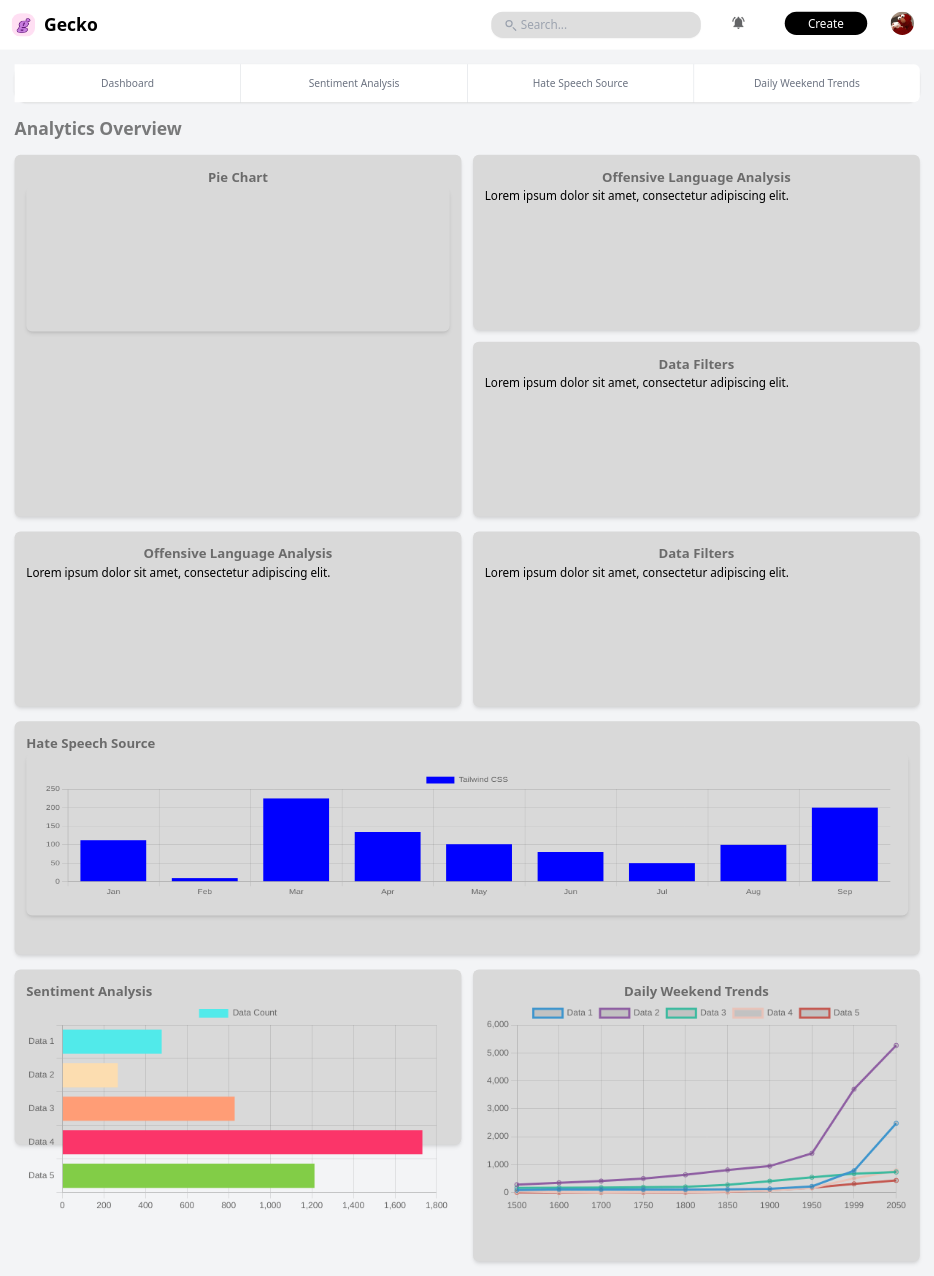
Repository: theamgri/thesis-website-nextjs
Page: website.html
An editor plug-in stored every save of this project. The page is shown before and after the next save, followed by the edit.
The browser window is 1280 px wide. The pictures show the whole page, at 73% of full size.

Above is the page before, as saved 2023-10-04 08:32:32.

### website.html
<!DOCTYPE html>
<html lang="en">
<head>
    <meta charset="UTF-8">
    <meta name="viewport" content="width=device-width, initial-scale=1.0">
    <title>Gecko</title>
    <link rel="icon" type="image/x-icon" href="/images/icon.png">
    <link href="https://cdn.jsdelivr.net/npm/tailwindcss@2.2.19/dist/tailwind.min.css" rel="stylesheet">


</head>
<body class="bg-gray-100">

<nav class="bg-white drop-shadow-2xl border-gray-200 dark:bg-gray-900">
    <div class="flex flex-wrap items-center justify-between mx-auto p-4">
      <a href="." class="flex items-center">
          <img src="images/icon.png" class="h-8 mr-3 rounded-xl" alt="Logo" />
          <span class="self-center text-2xl font-semibold whitespace-nowrap dark:text-white">Gecko</span>
      </a>
      <button data-collapse-toggle="navbar-default" type="button" class="inline-flex items-center p-2 w-10 h-10 justify-center text-sm text-gray-500 rounded-lg md:hidden hover:bg-gray-100 focus:outline-none focus:ring-2 focus:ring-gray-200 dark:text-gray-400 dark:hover:bg-gray-700 dark:focus:ring-gray-600" aria-controls="navbar-default" aria-expanded="false">
          <span class="sr-only">Open main menu</span>
          <svg class="w-5 h-5" aria-hidden="true" xmlns="http://www.w3.org/2000/svg" fill="none" viewBox="0 0 17 14">
              <path stroke="currentColor" stroke-linecap="round" stroke-linejoin="round" stroke-width="2" d="M1 1h15M1 7h15M1 13h15"/>
          </svg>
      </button>
      <div class="hidden w-full md:block md:w-auto drop-shadow-2xl" id="navbar-default">
        <ul class="font-medium flex flex-col p-4 md:p-0 mt-4 border border-gray-100 rounded-lg bg-gray-50 md:flex-row md:space-x-8 md:mt-0 md:border-0 md:bg-white dark:bg-gray-800 md:dark:bg-gray-900 dark:border-gray-700">
            <li>
                <div class="relative">
                    <input
                        type="text"
                        placeholder="Search..."
                        class="block w-full py-2 pl-10 pr-4 leading-5 rounded-2xl shadow-sm focus:ring focus:ring-blue-200 border-gray-300" style="background-color: #DEDEDE;"
                    />
                    <div class="absolute inset-y-0 left-0 pl-4 flex items-center pointer-events-none">
                        <svg
                            class="w-5 h-5 text-gray-400"
                            fill="none"
                            stroke="currentColor"
                            viewBox="0 0 24 24"
                            xmlns="http://www.w3.org/2000/svg"
                        >
                            <path
                                stroke-linecap="round"
                                stroke-linejoin="round"
                                stroke-width="2"
                                d="M21 21l-4.35-4.35"
                            />
                            <path
                                stroke-linecap="round"
                                stroke-linejoin="round"
                                stroke-width="2"
                                d="M15 10a5 5 0 11-10 0 5 5 0 0110 0z"
                            />
                        </svg>
                    </div>
                </div>

              </li>
            <li>
              <img src="images/bellbutton.png" class="h-8 mr-3 rounded-xl" alt="Notification Bell" />
          </li>
          <li>
            <button class="bg-black drop-shadow-2xl hover:bg-blue-700 text-white font-normal py-1 px-8 rounded-full">
              Create
            </button>
          </li>
          <li>
            <a href="your-link-here">
                <img src="images/user.jpg" class="h-8 mr-3 rounded-full" alt="Notification Bell" />
            </a>
        </li>


        </ul>
      </div>
    </div>
  </nav>
<!-- //SIDE NAVBAR -->


<div class="sm:hidden">
  <label for="tabs" class="sr-only">Select your country</label>
  <select id="tabs" class="bg-gray-50 border border-gray-300 text-gray-900 text-sm rounded-lg focus:ring-blue-500 focus:border-blue-500 block w-full p-2.5 dark:bg-gray-700 dark:border-gray-600 dark:placeholder-gray-400 dark:text-white dark:focus:ring-blue-500 dark:focus:border-blue-500">
      <option>Profile</option>
      <option>Canada</option>
      <option>France</option>
      <option>Germany</option>
  </select>
</div>
<ul class="m-5 rounded-2xl drop-shadow-xl hidden text-sm font-medium text-center text-gray-500 divide-x divide-gray-200 rounded-lg shadow sm:flex dark:divide-gray-700 dark:text-gray-400">
  <li class="w-full">
      <a href="#" class="inline-block w-full p-4 bg-white hover:text-gray-700 hover:bg-gray-50 focus:ring-4 focus:ring-blue-300 focus:outline-none dark:hover:text-white dark:bg-gray-800 dark:hover:bg-gray-700" aria-current="page">Dashboard</a>
  </li>
  <li class="w-full">
      <a href="#" class="inline-block w-full p-4 bg-white hover:text-gray-700 hover:bg-gray-50 focus:ring-4 focus:ring-blue-300 focus:outline-none dark:hover:text-white dark:bg-gray-800 dark:hover:bg-gray-700">Sentiment Analysis</a>
  </li>
  <li class="w-full">
      <a href="#" class="inline-block w-full p-4 bg-white hover:text-gray-700 hover:bg-gray-50 focus:ring-4 focus:ring-blue-300 focus:outline-none dark:hover:text-white dark:bg-gray-800 dark:hover:bg-gray-700">Hate Speech Source</a>
  </li>
  <li class="w-full">
      <a href="#" class="inline-block w-full p-4 bg-white rounded-r-lg hover:text-gray-700 hover:bg-gray-50 focus:ring-4 focus:outline-none focus:ring-blue-300 dark:hover:text-white dark:bg-gray-800 dark:hover:bg-gray-700">Daily Weekend Trends</a>
  </li>

</ul>



  <!-- <div class="mx-auto w-3/5 overflow-hidden">
    <canvas
      data-te-chart="bar"
      data-te-dataset-label="Traffic"
      data-te-labels="['Monday', 'Tuesday' , 'Wednesday' , 'Thursday' , 'Friday' , 'Saturday' , 'Sunday ']"
      data-te-dataset-data="[2112, 2343, 2545, 3423, 2365, 1985, 987]">
    </canvas>
  </div> -->

  <div class="ml-5 text-left font-bold text-2xl opacity-50">
    <h1>Analytics Overview</h1>
  </div>

<!-- ... (previous code) ... -->

<div class="m-5 grid grid-cols-1 md:grid-cols-2 lg:grid-cols-2 xl:grid-cols-2 gap-4">
  <!-- Container for Pie Chart (2 rows) -->
  <div class="bg-white p-4 rounded-lg shadow-md" style="background-color: #D9D9D9; grid-row: span 2;">
      <h2 class="text-lg text-center opacity-50 font-semibold">Pie Chart</h2>
      <div class="overflow-hidden rounded-lg shadow-md" style="max-height: 100%;">
          <!-- Set max-height to ensure the chart fits within the container -->
          <canvas class="p-6" id="pieChart" style="max-height: 100%;"></canvas>
      </div>
  </div>

  <!-- Container 1 -->
  <div class="bg-white p-4 rounded-lg shadow-md" style="background-color: #D9D9D9; height: 15rem;">
      <h2 class="text-lg text-center opacity-50 font-semibold">Offensive Language Analysis</h2>
      <p>Lorem ipsum dolor sit amet, consectetur adipiscing elit.</p>
  </div>

  <!-- Container 2 -->
  <div class="bg-white p-4 rounded-lg shadow-md" style="background-color: #D9D9D9; height: 15rem;">
      <h2 class="text-lg text-center opacity-50 font-semibold">Data Filters</h2>
      <p>Lorem ipsum dolor sit amet, consectetur adipiscing elit.</p>
  </div>
</div>

<!-- ... (remaining code) ... -->

  <div class="container mx-auto mt-0">

    <div class="m-5 grid grid-cols-1 md:grid-cols-2 lg:grid-cols-2 xl:grid-cols-2 gap-4">
        <!-- Container 1 -->
        <div class="bg-white p-4 rounded-lg shadow-md" style="background-color: #D9D9D9; height: 15rem;">
            <h2 class="text-lg text-center opacity-50 font-semibold" >Offensive Language Analysis</h2>
            <p>Lorem ipsum dolor sit amet, consectetur adipiscing elit.</p>
        </div>

        <!-- Container 2 -->
        <div class="bg-white p-4 rounded-lg shadow-md"  style="background-color: #D9D9D9; height: 15rem;">
            <h2 class="text-lg text-center opacity-50 font-semibold">Data Filters</h2>
            <p>Lorem ipsum dolor sit amet, consectetur adipiscing elit.</p>
        </div>
    </div>
    <div class="m-5 grid grid-cols-1 md:grid-cols-1 lg:grid-cols-1 xl:grid-cols-1 gap-4 mt-4">
      <!-- Container 3 -->
      <div class="bg-white p-4 rounded-lg shadow-md" style="background-color: #D9D9D9; height: 20rem;">
          <h2 class="text-lg opacity-50 font-semibold">Hate Speech Source</h2>

          <div class="overflow-hidden rounded-lg shadow-md" style="max-height: 100%;">
              <!-- Set max-height to ensure the chart fits within the container -->
              <canvas class="p-6" id="barChart" style="max-height: 100%;"></canvas>
          </div>
      </div>
      <script src="https://cdnjs.cloudflare.com/ajax/libs/Chart.js/3.9.1/chart.min.js"
          integrity="sha512-ElRFoEQdI5Ht6kZvyzXhYG9NqjtkmlkfYk0wr6wHxU9JEHakS7UJZNeml5ALk+8IKlU6jDgMabC3vkumRokgJA=="
          crossorigin="anonymous" referrerpolicy="no-referrer"></script>
      <script>
          const labels = ['Jan', 'Feb', 'Mar', 'Apr', 'May', 'Jun', 'Jul', 'Aug', 'Sep'];
        const data = {
            labels: labels,
            datasets: [
                {
                    label: "Tailwind CSS",
                    backgroundColor: "blue",
                    borderColor: 'rgb(0, 0, 0)',
                    data: [112, 10, 225, 134, 101, 80, 50, 100, 200],
                    fill: false,
                },
            ],
        };

        const configChart = {
            type: "bar",
            data,
            options: {},
        };

        var chartLine = new Chart(
            document.getElementById("barChart"),
            configChart
        );
      </script>
  </div>


    <div class="m-5 grid grid-cols-1 md:grid-cols-2 lg:grid-cols-2 xl:grid-cols-2 gap-4 mt-4">
    <!-- Container 4 -->
    <div class="bg-white p-4 rounded-lg shadow-md" style="background-color: #D9D9D9; height: 15rem;">
        <h2 class="text-lg tex-center opacity-50 font-semibold">Sentiment Analysis</h2>
        <div width="800" height="400">
          <canvas id="horizontal-bar-chart"></canvas>
      </div>

      <script>
         new Chart(document.getElementById("horizontal-bar-chart"), {
            type: 'bar',
            data: {
                labels: ["Data 1", "Data 2", "Data 3", "Data 4", "Data 5"],
                datasets: [{
                    label: "Data Count",
                    backgroundColor: ["#51EAEA", "#FCDDB0",
                        "#FF9D76", "#FB3569", "#82CD47"
                    ],
                    data: [478, 267, 829, 1732, 1213]
                }]
            },
            options: {
                indexAxis: 'y',
                legend: {
                    display: false
                },
                title: {
                    display: true,
                    text: 'Chart JS Horizontal Bar Chart Example'
                }
            }
        });
      </script>

    </div>

    <!-- Container 5 -->
    <div class="bg-white p-4 rounded-lg shadow-md" style="background-color: #D9D9D9; height: 25rem;">
        <h2 class="text-lg text-center opacity-50 font-semibold">Daily Weekend Trends</h2>


            <canvas id="line-chart" width="800" height="400"></canvas>

<script>
new Chart(document.getElementById("line-chart"), {
  type: 'line',
  data: {
    labels: [1500,1600,1700,1750,1800,1850,1900,1950,1999,2050],
    datasets: [{
        data: [86,114,106,106,107,111,133,221,783,2478],
        label: "Data 1",
        borderColor: "#3e95cd",
        fill: false
      }, {
        data: [282,350,411,502,635,809,947,1402,3700,5267],
        label: "Data 2",
        borderColor: "#8e5ea2",
        fill: false
      }, {
        data: [168,170,178,190,203,276,408,547,675,734],
        label: "Data 3",
        borderColor: "#3cba9f",
        fill: false
      }, {
        data: [40,20,10,16,24,38,74,167,508,784],
        label: "Data 4",
        borderColor: "#e8c3b9",
        fill: false
      }, {
        data: [6,3,2,2,7,26,82,172,312,433],
        label: "Data 5",
        borderColor: "#c45850",
        fill: false
      }
    ]
  },
  options: {
    title: {
      display: true,
      text: 'World population per region (in millions)'
    }
  }
});

</script>

    </div>

</div>


</body>
</html>

After the next save:
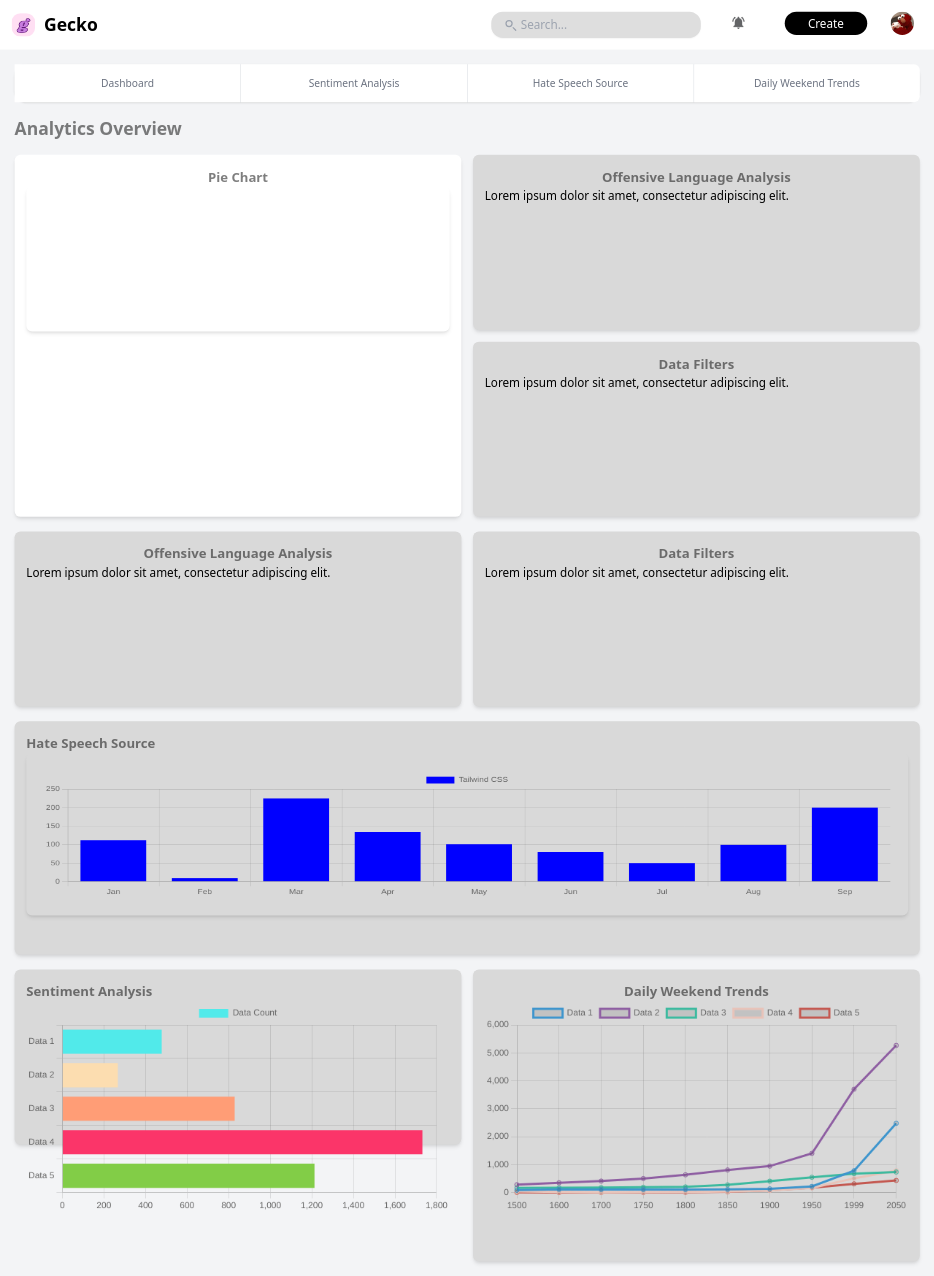
Saved 29 s later.
--- a/website.html
+++ b/website.html
@@ -123,7 +123,7 @@
 
 <div class="m-5 grid grid-cols-1 md:grid-cols-2 lg:grid-cols-2 xl:grid-cols-2 gap-4">
   <!-- Container for Pie Chart (2 rows) -->
-  <div class="bg-white p-4 rounded-lg shadow-md" style="background-color: #D9D9D9; grid-row: span 2;">
+  <div class="bg-white p-4 rounded-lg shadow-md" style="grid-row: span 2;">
       <h2 class="text-lg text-center opacity-50 font-semibold">Pie Chart</h2>
       <div class="overflow-hidden rounded-lg shadow-md" style="max-height: 100%;">
           <!-- Set max-height to ensure the chart fits within the container -->
